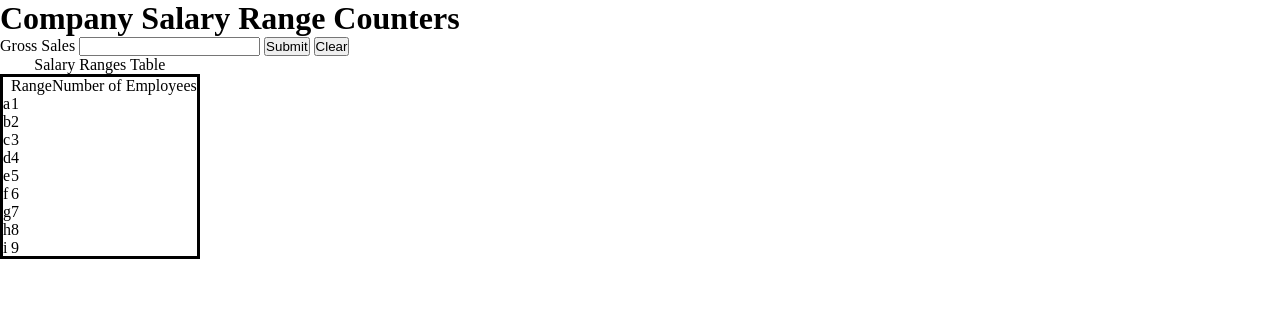
Repository: mlmEFSC21/P17-Sales-Commision
Page: sales.html
The author's editor kept a copy of each file at every save. The page is drawn from the files as they stood at one save, then again after the next save.
The browser window is 1280 px wide. The pictures show the whole page.

Above is the page before, as saved 2022-03-29 15:07:12.

After the next save:
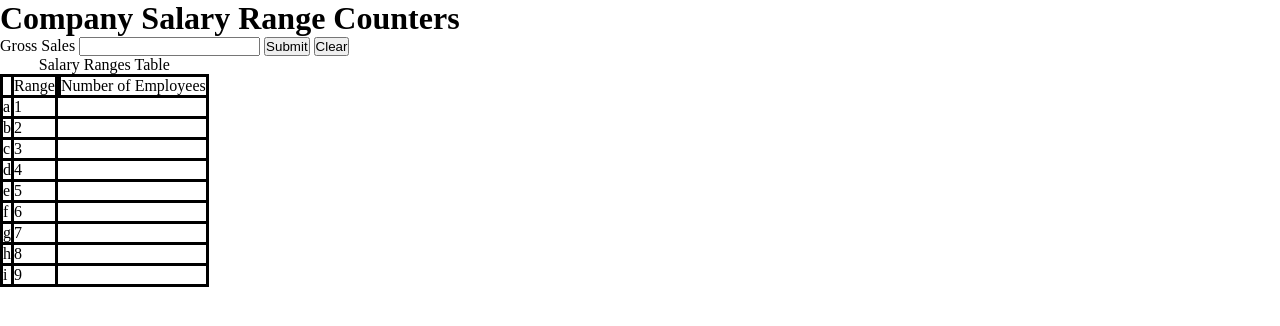
Saved 16 s later.
--- a/sales.css
+++ b/sales.css
@@ -9,3 +9,8 @@ table {
     border-collapse: collapse;
     border: 3px solid black;
 }
+th,
+tr,
+td {
+    border: 3px solid black;
+}
